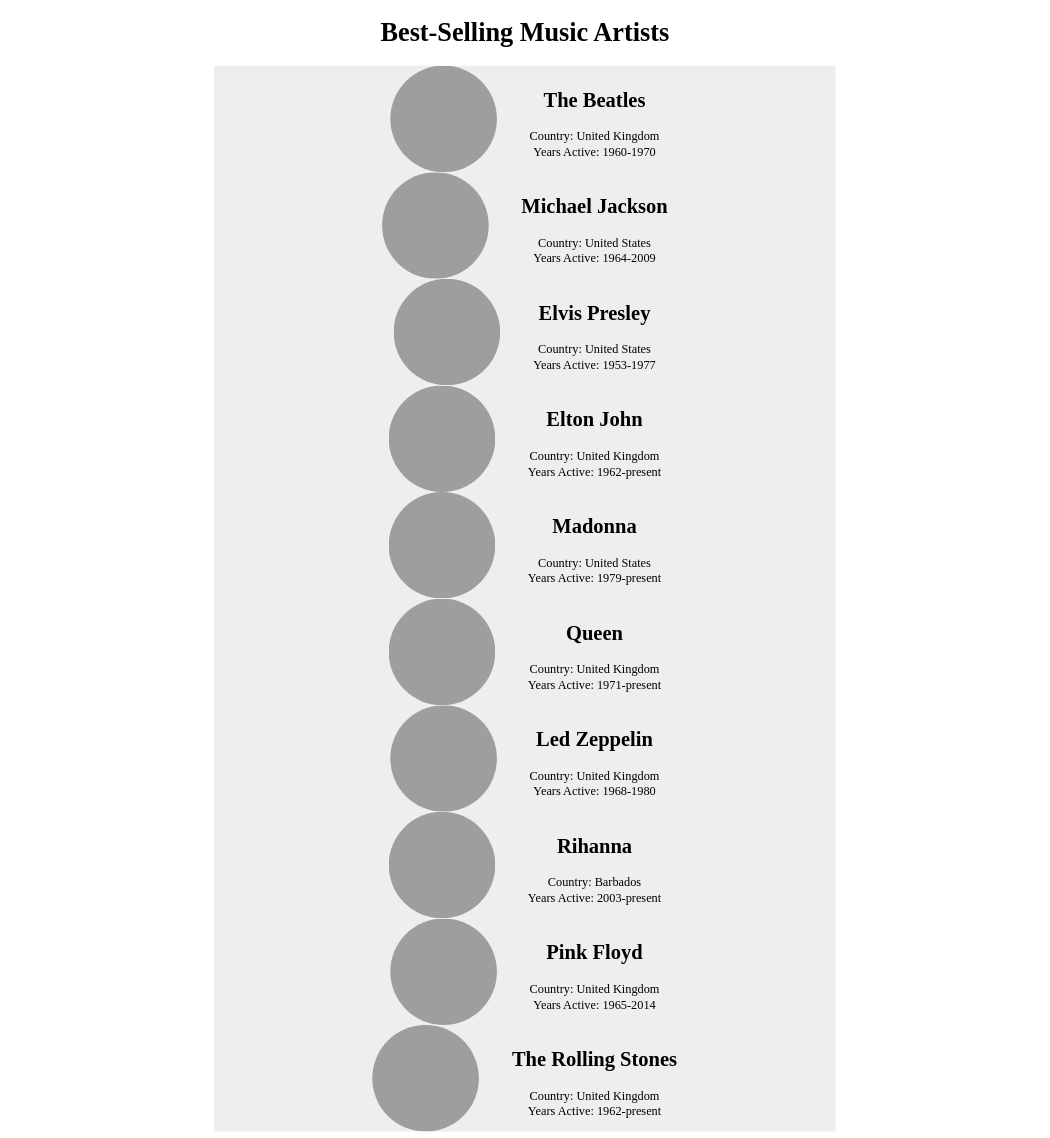
Repository: SamanthaYan298/my_artists
Page: /
An editor plug-in stored every save of this project. The page is shown before and after the next save, followed by the edit.
The browser window is 1280 px wide. The pictures show the whole page, at 82% of full size.
Pictures or frames that could not be fetched are drawn as grey boxes. The project was rebuilt for these pictures with package versions that can differ from the ones it lists, and the page was loaded fresh each time. Also part of the build but not shown: vite.config.js.

Above is the page before, as saved 2024-09-16 18:19:46.

After the next save:
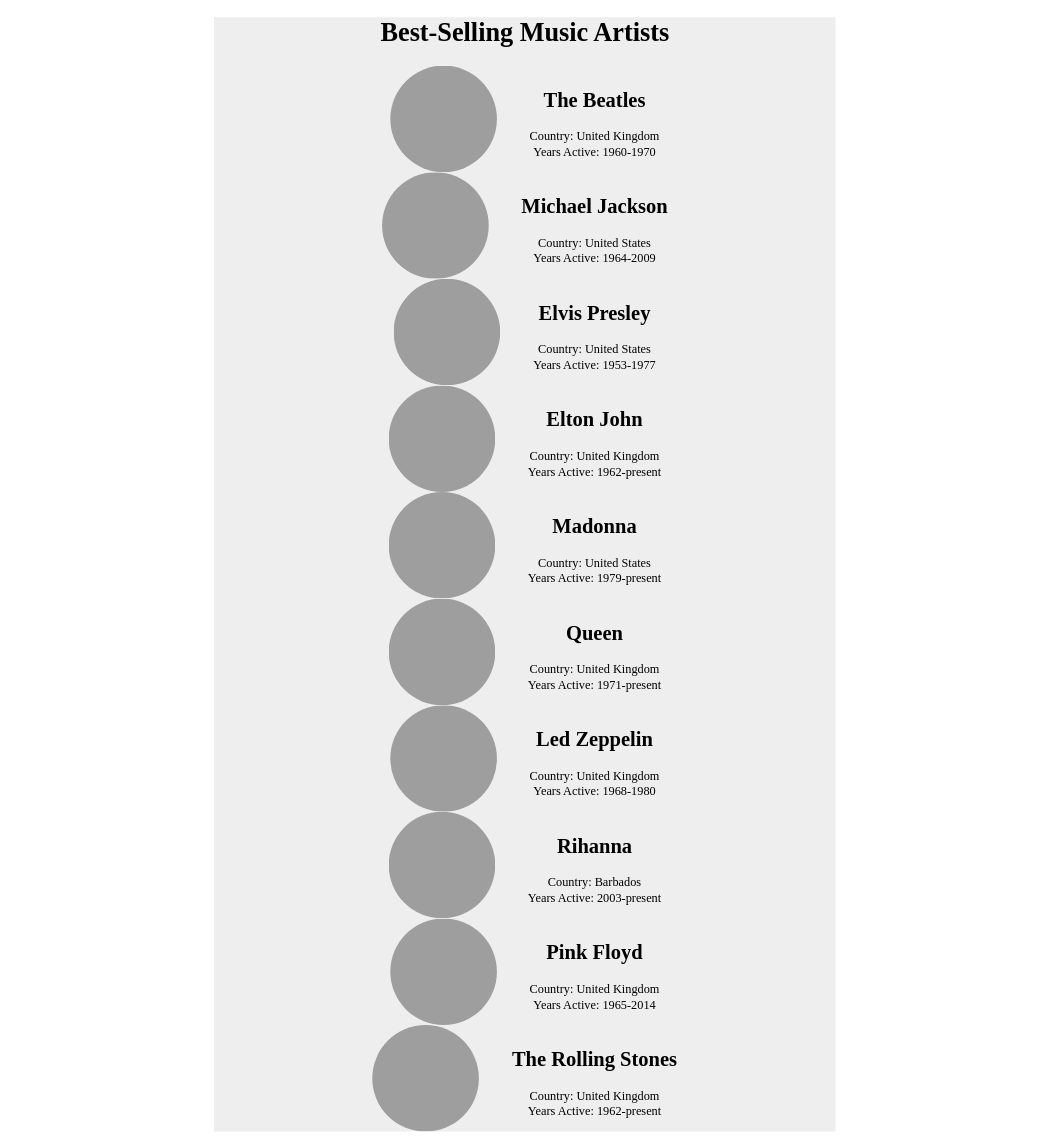
Saved 11 s later.
--- a/src/index.css
+++ b/src/index.css
@@ -1,6 +1,9 @@
 .layout {
     align-items: center;
     text-align: center;
+    width: 60%;
+    background: #eee;
+    margin: 0 auto;
 }
 
 .main-containter {
@@ -10,9 +13,6 @@
     gap: 40px;
     line-height: 4px;
     font-size: 15px;
-    width: 60%;
-    background: #eee;
-    margin: 0 auto;
 }
 
 .names {
